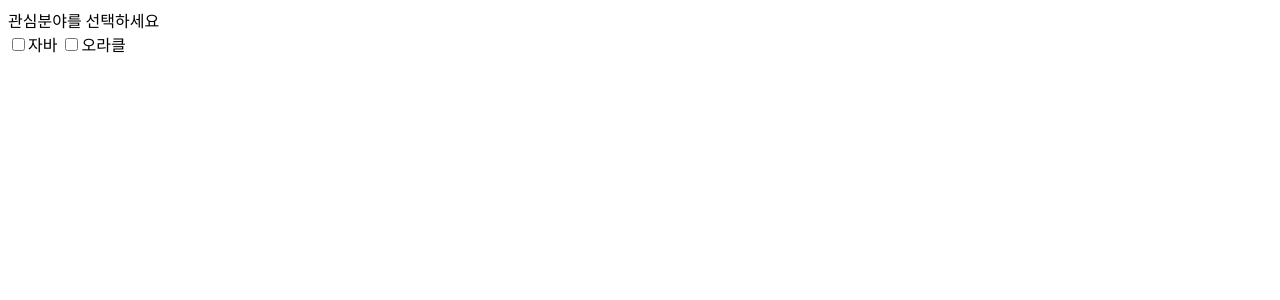
Repository: MegiLove/html_css
Page: day1130/src/main/webapp/inputTest03.html
These files come from the project's save history. The page is drawn as it stood at one moment and after the next save; the edit follows.
The browser window is 1280 px wide. The pictures show the whole page.

Above is the page before, as saved 2021-11-30 03:25:33.

After the next save:
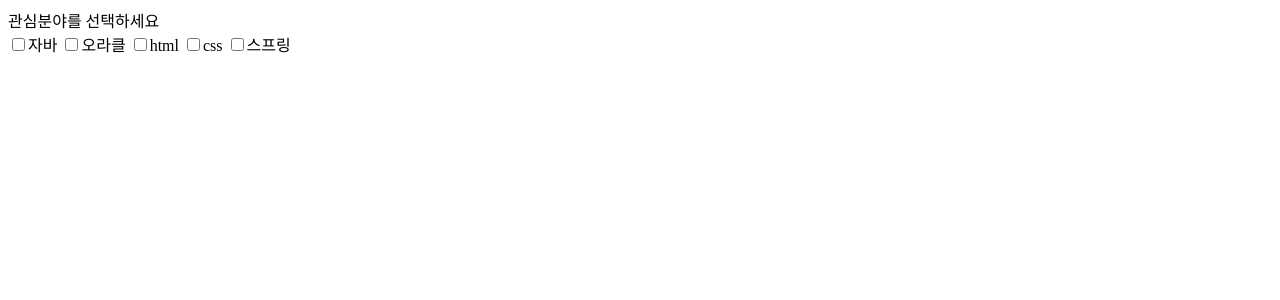
Saved 85 s later.
--- a/day1130/src/main/webapp/inputTest03.html
+++ b/day1130/src/main/webapp/inputTest03.html
@@ -9,6 +9,9 @@
 		관심분야를 선택하세요<br>
 		<input type="checkbox" value="자바">자바
 		<label><input type="checkbox" value="오라클">오라클</label>
+		<label><input type="checkbox" value="html">html</label>
+		<label><input type="checkbox" value="css">css</label>
+		<label><input type="checkbox" value="스프링">스프링</label>
 	</form>
 </body>
 </html>
